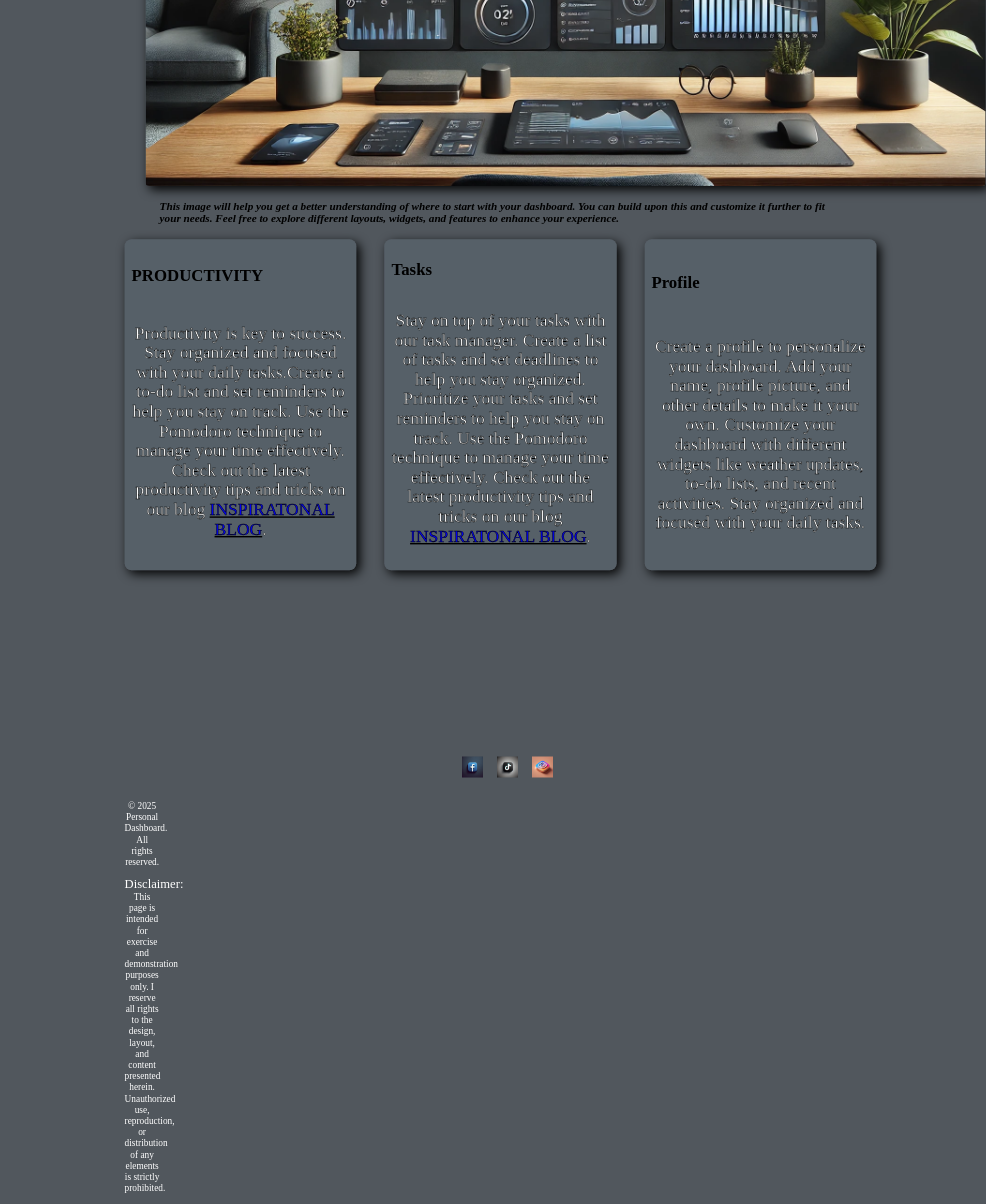
Repository: Parnicoza/testecomplete
Page: testcomplet-14.html
An editor plug-in stored every save of this project. The page is shown before and after the next save, followed by the edit.
The browser window is 1280 px wide. The page is 1408 px wide, so the pictures cover 1408 px, including what lies to the right of the window. The pictures show the part of the page from y = 884 to 2604 px (the page is 2604 px tall before and 2124 px after), at 70% of full size.

Above is the page before, as saved 2025-03-02 14:31:26.

### testcomplet-14.html
<!DOCTYPE html>
<html lang="en">

<head>
    <title>Personal Dashboard</title>
    <link rel="stylesheet" href="stilizaretestcomplet-14.css">
    <link rel="icon" href="imaginitestecomplete/dashboard.ico">
    <meta name="viewport" content="width=device-width, initial-scale=1.0">
</head>

<body>
    <div class="background-for-the-heading" id="Home">
        <h1 class="main-heading">Your Personalized Dashboard</h1>
    </div>

    <div class="thesamebackground">
        <p class="paragraph-gradient">Your personal dashboard keeps everything organized. Access your daily tasks,
            reminders, and quick shortcuts in one place.Customize your dashboard with different widgets like weather
            updates to-do lists, and recent activities</p>
    </div>

    <div class="divimage">
        <figure>
            <img src="imaginitestecomplete/productivity.jpg" alt="productivity image" width="1200" class="image"
                title="Productivity image" usemap="#dashboard-map" id="Tasks">
            <map name="dashboard-map">
                <area shape="rect" coords="341,127,487,280" href="https://blog.productivity.directory/"
                    alt="Productivity blog" target="_blank">
                <area shape="rect" coords="670,134,825,280" href="https://blog.productivity.directory/"
                    alt="Productivity blog" target="_blank">
            </map>
            <figcaption class="figcaption">This image will help you get a better understanding of where to start with
                your dashboard.
                You can build upon this and customize it further to fit your needs.
                Feel free to explore different layouts, widgets, and features to enhance your experience.
            </figcaption>
        </figure>
    </div>

    <div class="Dashboard">
        <div class="sidebar">
            <ul class="list">
                <li><a href="#Home" class="home" title="Press here to go to home page">Home</a></li>
                <li><a href="#Tasks" class="home" title="Click here to go to Tasks">Tasks</a></li>
                <li>Profile</li>
                <li>Settings</li>
            </ul>
        </div>
    </div>

    <div class="BLOCKS">
        <div class="blocks"> <!--Acesta este primul block-->
            <h2 class="headingforblock">Productivity</h2>
            <p class="paragraph-gradient1">Productivity is key to success. Stay organized and focused with your daily
                tasks.Create a to-do list and set reminders to help you stay on track. Use the Pomodoro technique to
                manage your time effectively. Check out the latest productivity tips and tricks on our blog
                <a href="https://blog.productivity.directory/" target="_blank"
                    title="Press here to find more tips and tricks">INSPIRATONAL BLOG</a>.
            </p>
        </div>

        <div class="blocks2"><!--Acesta este al doilea block-->
            <h2 class="heading">Tasks</h2>
            <p class="paragraph-gradient1">Stay on top of your tasks with our task manager. Create a list of tasks and
                set deadlines to help you stay organized. Prioritize your tasks and set reminders to help you stay on
                track. Use the Pomodoro technique to manage your time effectively. Check out the latest productivity
                tips and tricks on our blog
                <a href="https://blog.productivity.directory/" target="_blank"
                    title="Press here to find more tips and tricks">INSPIRATONAL BLOG</a>.
            </p>
        </div>

        <div class="blocks3"><!--Acesta este al treilea block-->
            <h2 class="heading">Profile</h2>
            <p class="paragraph-gradient1">Create a profile to personalize your dashboard. Add your name, profile
                picture,
                and other details to make it your own. Customize your dashboard with different widgets like weather
                updates, to-do lists, and recent activities. Stay organized and focused with your daily tasks.
            </p>

        </div>
    </div>

    <div class="footer">
        <footer>
            <div class="social-media">
                <ul class="ul">
                    <li><a href="https://www.facebook.com/parnica.abaza.5" target="_blank" title="Join my Facebook"><img
                                src="imaginitestecomplete/facebook.jpg" height="30px"></a></li>
                    <li><a href="https://www.tiktok.com/@parnicaabaza4?lang=en" target="_blank"
                            title="Join my Tiktok"><img src="imaginitestecomplete/tiktok.jpg" alt="Tiktok social-media"
                                height="30px"></a></li>
                    <li><a href="https://www.instagram.com/parnicaabaza1/" target="_blank"
                            title="Join my Instagram"><img src="imaginitestecomplete/instagram.jpg"
                                alt="Instagram social-media" height="30px"></a></li>
                </ul>
            </div>
            <p class="footer-text">© 2025 Personal Dashboard. All rights reserved.</p>
            <p class="footer-text"><span class="Disclaimer">Disclaimer:</span> This page is intended for exercise and demonstration purposes only. I reserve all rights to the design, layout, and content presented herein. Unauthorized use, reproduction, or distribution of any elements is strictly prohibited.</p>
        </footer>
    </div>
</body>

</html>

### stilizaretestcomplet-14.css
body{
    background-color:#51575D;
}

.main-heading{
    text-align: center;
    text-transform: uppercase;
    text-shadow: 15px 15px 15px black;
    font-size: 3.5em;
    color: black;
}

.background-for-the-heading{
    background: linear-gradient(to right, #5B6770, #9CAEBF);
    margin: 20px;
    padding: 5px;
    border-radius: 10px;
    margin-left: 170px;
}

.thesamebackground{
    background-color: rgba(91, 103, 112, 0.6) ;
    margin-left: 170px;
    margin-top: 50px;
    text-align: center;
    padding: 10px;
    border-radius: 10px;
    box-shadow: 5px 5px 15px black;
    margin-right: 20px;
}

.paragraph-gradient{
    color: #ffff;
    font-size: 2em;
    -webkit-text-stroke: 0.7px black;
    text-align: center;
}

.quote{
    border: 1px dotted black;
    padding: 10px;
    margin-left: 150px;
}

.divider{
    border: none;
    height: 4px;
    background-color: lightgray;
    border: 3px dotted black;
    margin: 14px;
    margin-left: 150px;
}

.image{
    border-radius: 5px;
    box-shadow: 5px 5px 15px black;
    display: block;
    margin: 0 auto;
}

.picture{
    margin-left: 160px;
}

.Dashboard{
    display: flex;
}

.sidebar{
    display: flex;
    flex-direction: column;
   width: 140px;
   position: fixed;
   left: 0;
   top: 0;
   height: 96vh;
   justify-content: center;
   margin: 20px;
   background-color: #6A747D;
    border-radius: 10px;
    box-shadow: -5px -5px 15px black;

}

.list{
    list-style-type: none;
    display: flex;
    flex-direction: column;
    gap: 30px;
    padding: 0;
    margin-left: 10px;
}

.container{
    margin-left: 160px;
}

.divimage{
    display: block;
    margin-left: 160px;
    margin-top: 50px;

}

.figcaption{
    font-style: italic;
    font-weight: bold;
    margin: 20px;
}

.home{
    color: black;
}

.BLOCKS{
    display: flex;
    flex-direction: row;
    justify-content: space-evenly;
    gap: 20px;
}
.blocks{
    display: flex;
    flex-direction: column;
    justify-content: space-evenly;
    width: 350px;
    margin-left: 170px;
    background-color: rgba(91, 103, 112, 0.6);
    box-shadow: 5px 5px 15px black;
    border-radius: 10px;
    padding: 10px;
    margin-right: 20px;
}

.blocks2{
    display: flex;
    flex-direction: column;
    justify-content: space-evenly;
    width: 350px;
    background-color: rgba(91, 103, 112, 0.6);
    box-shadow: 5px 5px 15px black;
    border-radius: 10px;
    padding: 10px;
    margin-right: 20px;
}

.blocks3{
    display: flex;
    flex-direction: column;
    justify-content: space-evenly;
    width: 350px;
    background-color: rgba(91, 103, 112, 0.6);
    box-shadow: 5px 5px 15px black;
    border-radius: 10px;
    padding: 10px;
    margin-right: 20px;
}
.headingforblock{
    text-align: left;
    text-transform: uppercase;
    font-weight: bold;
    color: black;
    display: flex;
}

.paragraph-gradient1{
    color: #ffff;
    -webkit-text-stroke: 0.6px black;
    font-size: 25px;
    text-align: center;
}

.footer{
    margin-left: 170px;
}

.social-media{
    display: flex;
    flex-direction: row;
    justify-content: space-evenly;
    gap: 20px;
    margin-top: 250px;
}
.ul{
    list-style-type: none;
    display: flex;
    flex-direction: row;
    gap: 20px;
    padding: 0;
}

.footer-text{
    color: white;
    font-size: smaller;
    text-align: center;
    width: 50px;

}

.Disclaimer{
    color: white;
    font-size: large;
}

After the next save:
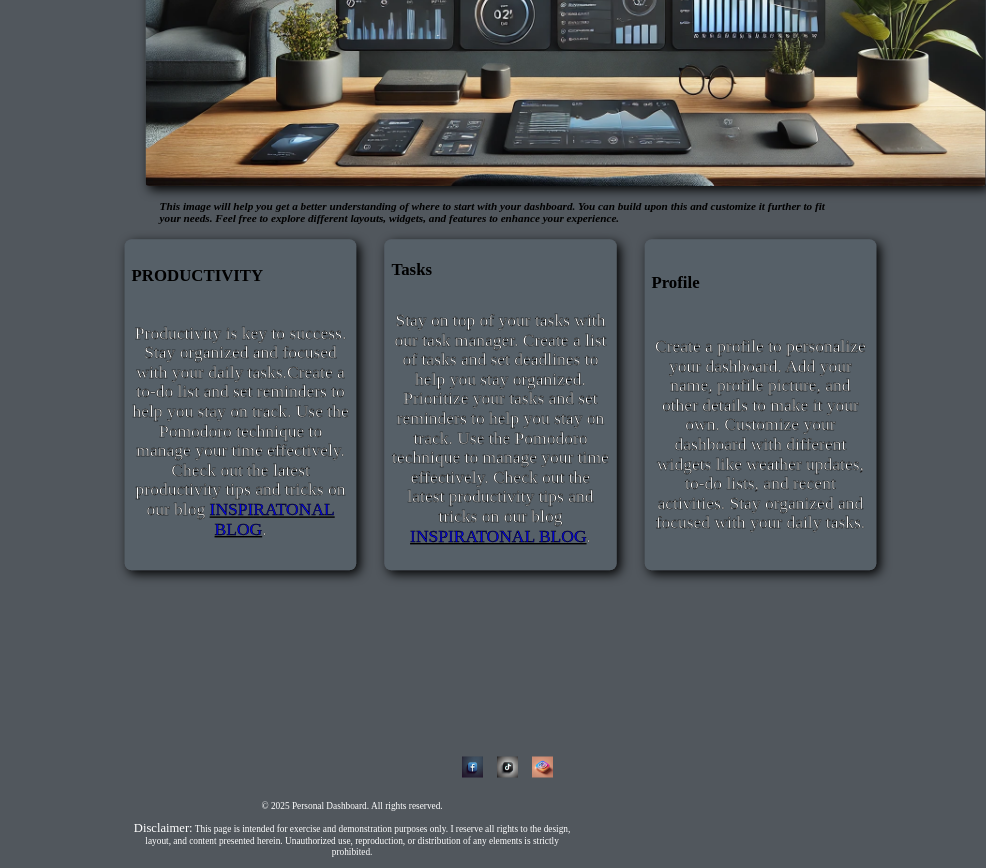
Saved 13 s later.
--- a/stilizaretestcomplet-14.css
+++ b/stilizaretestcomplet-14.css
@@ -192,7 +192,7 @@ body{
     color: white;
     font-size: smaller;
     text-align: center;
-    width: 50px;
+    width: 650px;
 
 }
 
